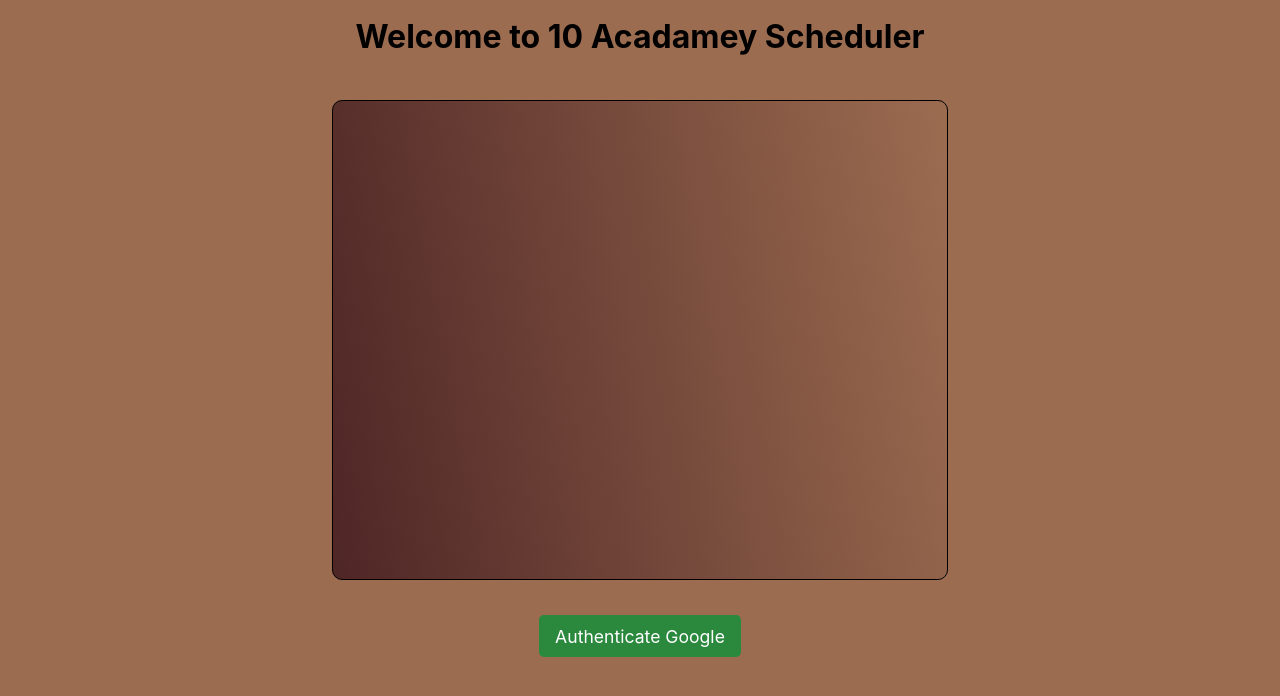
Repository: nebilarega/calendar-extractor
Page: / (app in frontend/)
The author's editor kept a copy of each file at every save. The page is drawn from the files as they stood at one save, then again after the next save.
The browser window is 1280 px wide. The pictures show the whole page.
The project was rebuilt for these pictures with package versions that can differ from the ones it lists, and the page was loaded fresh each time.

Above is the page before, as saved 2022-08-24 23:44:24.

### frontend/src/App.js
import "./App.css";
import { GoogleOAuthProvider } from "@react-oauth/google";
import { GoogleLogin } from "@react-oauth/google";
import { useState } from "react";
import axios from "axios";

import LandingPage from "./component/LandingPage";

const sampleData = {
  submmary: "Nebil this is a new event",
  description: "A chance to hear more about Google's developer products.",
  location: "800 Howard St., San Francisco, CA 94103",
  start: "August 23, 2022 8:00 AM UTC",
  end: "August 23, 2022 9:00 AM UTC",
  hangoutLink: "meet.google.com/ysb-kjdn-hpp",
};
const App = () => {
  let url;
  const [disabled, setDisabled] = useState(false);
  const responseGoogle = (response) => {
    const code = response;
    axios
      .post("/api/create-tokens", code)
      .then((response) => {
        console.log("response", response.data);
      })
      .catch((error) => {
        console.log(error);
      });
  };
  const responseError = (response) => {
    console.log(response);
  };
  const getUrl = () => {
    axios.get("/api/create-token-v2").then((response) => {
      url = response.data.url;
      if (url) {
        setDisabled(true);
      }
      window.open(url, "_blank");
    });
  };
  const handleClick = () => {
    axios.post("/api/create-events", sampleData).then((response) => {
      console.log("response", response.data);
    });
  };
  return (
    <div className="App" style={{ height: "100vh" }}>
      <LandingPage
        disabled={disabled}
        getUrl={getUrl}
        handleClick={handleClick}
      ></LandingPage>
    </div>
  );
};

export default App;

### frontend/src/App.css
.App {
  text-align: center;
}

.App-logo {
  height: 40vmin;
  pointer-events: none;
}

@media (prefers-reduced-motion: no-preference) {
  .App-logo {
    animation: App-logo-spin infinite 20s linear;
  }
}

.App-header {
  background-color: #282c34;
  min-height: 100vh;
  display: flex;
  flex-direction: column;
  align-items: center;
  justify-content: center;
  font-size: calc(10px + 2vmin);
  color: white;
}

.App-link {
  color: #61dafb;
}

@keyframes App-logo-spin {
  from {
    transform: rotate(0deg);
  }
  to {
    transform: rotate(360deg);
  }
}
.center {
  display: flex;
  justify-content: center;
  align-items: center;
}
.academy {
  width: 100%;
  height: 50vh;
  border-radius: 10px;
  display: flex;
  flex-direction: column;
  justify-content: space-between;
  align-items: center;
  /* margin-left: 10%; */
  /* margin-right: 10%; */
}
.academy-calendar {
  margin-top: 20%;
  font-size: 30px;
}

### frontend/src/component/LandingPage.js
import "../css/landing.css";

const LandingPage = ({ disabled, handleClick, getUrl }) => {
  return (
    <div className="main">
      <header className="header">
        <span className="title"> Welcome to 10 Acadamey Scheduler</span>
      </header>
      <main className="body">
        <div className="card"></div>
        <div className="footer">
          {!disabled ? (
            <div>
              <button className="google__api" onClick={getUrl}>
                Authenticate Google
              </button>
            </div>
          ) : (
            <div>
              <button className="post__event" onClick={handleClick}>
                Post Event
              </button>
            </div>
          )}
        </div>
      </main>
    </div>
  );
};

export default LandingPage;

### frontend/src/css/landing.css
/* Box sizing rules */
*,
*::before,
*::after {
  box-sizing: border-box;
}

/* Remove default margin */
body,
h1,
h2,
h3,
h4,
p,
figure,
blockquote,
dl,
dd {
  margin: 0;
}

/* Remove list styles on ul, ol elements with a list role, which suggests default styling will be removed */
ul[role="list"],
ol[role="list"] {
  list-style: none;
}

/* Set core root defaults */
html:focus-within {
  scroll-behavior: smooth;
}

/* A elements that don't have a class get default styles */
a:not([class]) {
  text-decoration-skip-ink: auto;
}

/* Make images easier to work with */
img,
picture {
  max-width: 100%;
  display: block;
}

/* Inherit fonts for inputs and buttons */
input,
button,
textarea,
select {
  font: inherit;
}

/* The remaining page */
.main {
  width: 100%;
  height: 100%;
  background-color: #9b6c50;
}
.header {
  width: 100%;
  height: 10vh;
  background-image: linear-gradient();
  background-color: "cyan";
  display: flex;
  justify-content: center;
  align-items: center;
}
.title {
  font-size: 2rem;
  font-weight: bold;
  color: "yellow";
}
.body {
  width: 100%;
  height: 90vh;
  padding: 1.5rem;
  background-color: "gray";
  display: flex;
  flex-direction: column;
  justify-content: center;
  align-items: center;
}
.card {
  width: 50%;
  height: 80%;
  border: 1px solid black;
  display: flex;
  /* border: 1px solid black; */
  border-radius: 10px;
  justify-content: center;
  align-items: center;
  background-image: linear-gradient(260deg, #9b6c50 0%, #4f2626 100%);
}
button {
  margin: 2.2rem;
  height: 2.6rem;
  padding-left: 1rem;
  padding-right: 1rem;
  font-size: 1.1rem;
  border-radius: 0.3rem;
  border: none;
  background-color: #2b893e;
  color: white;
}
button:focus {
  outline: none;
}
button:hover {
  background-color: #3dc959;
  cursor: pointer;
}

Loaded but not shown: frontend/public/index.html (common file); frontend/src/index.js (common file); frontend/src/index.css (common file)

After the next save:
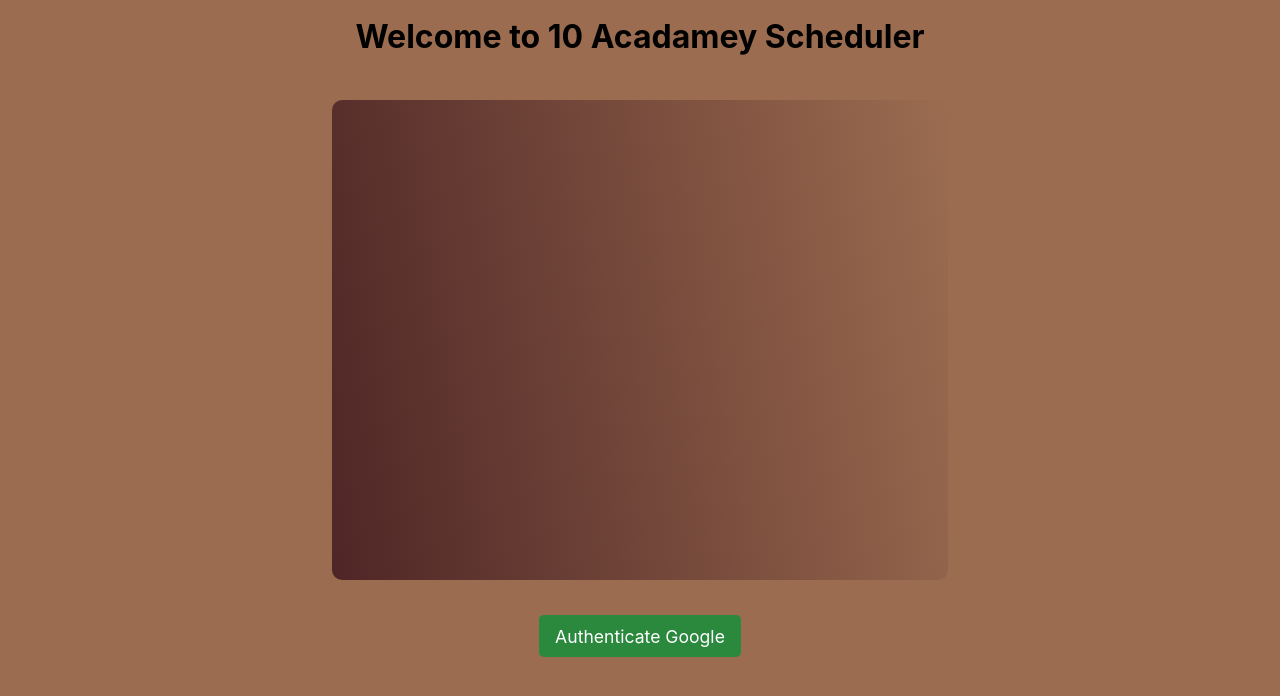
Saved 5 s later.
--- a/frontend/src/css/landing.css
+++ b/frontend/src/css/landing.css
@@ -83,9 +83,8 @@
 .card {
   width: 50%;
   height: 80%;
-  border: 1px solid black;
+  /* border: 1px solid black; */
   display: flex;
-  /* border: 1px solid black; */
   border-radius: 10px;
   justify-content: center;
   align-items: center;
